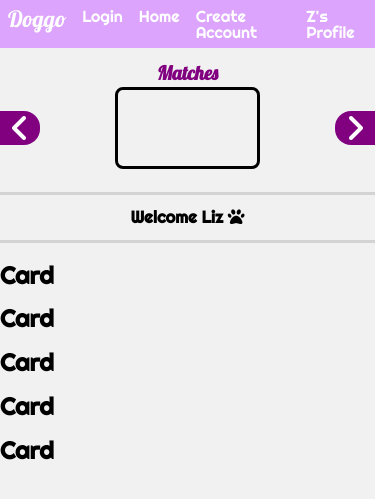
Repository: rh1456/capstone
Page: /1
These files come from the project's save history. The page is drawn as it stood at one moment and after the next save; the edit follows.
The browser window is 375 px wide. The pictures show the whole page.
Some web libraries are served in a nearby version. The project was rebuilt for these pictures with package versions that can differ from the ones it lists, and the page was loaded fresh each time. Also part of the build but not shown: src/pages/DoggoLandingPage.jsx, src/pages/CreateAccout.jsx, src/pages/DogProfile.jsx.

Above is the page before, as saved 2019-12-19 14:09:34.

### public/index.html
<!DOCTYPE html>
<html lang="en">
  <head>
    <meta charset="utf-8" />
    <link rel="shortcut icon" href="%PUBLIC_URL%/favicon.ico" />
    <meta
      name="viewport"
      content="width=device-width, initial-scale=1, shrink-to-fit=no"
    />
    <meta name="theme-color" content="#000000" />
    <!--
      manifest.json provides metadata used when your web app is added to the
      homescreen on Android. See https://developers.google.com/web/fundamentals/web-app-manifest/
    -->
    <link rel="manifest" href="%PUBLIC_URL%/manifest.json" />
    <!--
      Notice the use of %PUBLIC_URL% in the tags above.
      It will be replaced with the URL of the `public` folder during the build.
      Only files inside the `public` folder can be referenced from the HTML.

      Unlike "/favicon.ico" or "favicon.ico", "%PUBLIC_URL%/favicon.ico" will
      work correctly both with client-side routing and a non-root public URL.
      Learn how to configure a non-root public URL by running `npm run build`.
    -->
    <link
      href="https://fonts.googleapis.com/css?family=Pacifico|Permanent+Marker|Righteous|Roboto&display=swap"
      rel="stylesheet"
    />
    <link
      href="https://fonts.googleapis.com/css?family=Lobster&display=swap"
      rel="stylesheet"
    />
    <script
      src="https://kit.fontawesome.com/d7373701d1.js"
      crossorigin="anonymous"
    ></script>
    <title>Capstone</title>
  </head>
  <body>
    <noscript>
      You need to enable JavaScript to run this app.
    </noscript>
    <div id="root"></div>
    <!--
      This HTML file is a template.
      If you open it directly in the browser, you will see an empty page.

      You can add webfonts, meta tags, or analytics to this file.
      The build step will place the bundled scripts into the <body> tag.

      To begin the development, run `npm start` or `yarn start`.
      To create a production bundle, use `npm run build` or `yarn build`.
    -->
  </body>
</html>

### src/index.css
@media (min-width: 320px) and (max-width: 480px) {
  :root {
    font: 16px / 1 sans-serif;
  }

  html {
    height: 100%;
  }
  body {
    margin: 0;
    min-height: 100%;
    background-color: #f1f1f1;
    font-family: 'Righteous', cursive;
  }
  .nav-bar-ul {
    display: flex;
    flex-direction: row;
    justify-content: space-between;
    margin: 0;
    height: 3rem;
    background-color: #dca4fc;
    padding: 0;
  }
  nav li {
    list-style: none;
    padding: 0.5rem;
    color: white;
  }
  .nav-logo {
    font-size: 1.4rem;
    font-family: 'Lobster', cursive;
  }
  .Nav-link {
    color: white;
    text-decoration: none;
  }
  /* Dog profile Stylings */
  .dog-profile-image {
    display: flex;
    justify-content: center;
    /* border-bottom: solid lightgrey; */
  }
  .before-div {
    border: solid black;
    display: block;
    height: 18px;
    border-radius: 50% 50% 0 0;

    bottom: calc(100% - 10px);
    right: -5px;
    left: -5px;
    background-color: blue;
  }
  .profile-image {
    height: 12rem;
    width: 8rem;
    margin: 0;
    border-radius: 8px;
    margin: 0.7rem;
  }
  .profile-about {
    display: flex;
    flex-direction: column;
    height: 5rem;
    font-size: 0.7rem;
  }
  .profile-about h1 {
    align-self: center;
  }
  .profile-about span {
    align-self: center;
    padding: 0.1rem;
  }
  .in-between {
    border-top: solid lightgrey;
    border-bottom: solid lightgrey;
    height: 3rem;
    display: flex;
    justify-content: center;
  }
  .main-about {
    border-bottom: solid lightgrey;
  }
  .profile-logo {
    margin: 0.5rem;
    height: 2rem;
    width: auto;
  }
  .meet {
    display: flex;
    flex-direction: column;
  }
  .meet h1 {
    align-self: center;
  }
  .meet p {
    padding: 1rem;
    font-size: 0.9rem;
    align-self: center;
  }
  .small-pro-pic {
    align-self: center;
    height: 4rem;
    width: auto;
    border: 2px solid black;
    border-radius: 50%;
    margin-top: 0.8rem;
  }
  .match-button {
    align-self: center;
    background-color: purple;
    height: 1.8rem;
    width: 8rem;
    border-radius: 25px;
    border: 3px solid black;
    color: white;
  }

  /* Dog Landing Stylings */
  .doggo-landing-body {
    margin: 0;
    min-height: 100%;
    background-color: #f1f1f1;
    font-family: 'Righteous', cursive;
  }
  .landing-page-logo {
    display: flex;
    justify-content: center;
    align-content: center;
    flex-direction: column;
  }
  .doggo-logo {
    height: 180px;
    width: 238px;
    align-self: center;
  }
  .doggo-text-section {
    padding-top: 2rem;
    padding-bottom: 2rem;
  }
  .doggo-text {
    display: flex;
    justify-content: center;
    align-content: center;
    font-size: 2rem;
  }

  .landing-button {
    display: flex;
    justify-content: center;
    align-content: center;
  }
  .create-account {
    background-color: purple;
    height: 3rem;
    width: 15rem;
    border-radius: 25px;
    border: 3px solid black;
    color: white;
    font-family: 'Roboto', sans-serif;
  }
  .existing-users {
    display: flex;
    padding-top: 3rem;
    justify-content: center;
    align-content: center;
  }
  /* Create Account Stylings */
  .create-account-div {
    display: flex;
    flex-direction: column;
    font-size: 2rem;
  }
  .submit-account {
    margin-top: 1rem;
    align-self: center;
    background-color: purple;
    height: 1.8rem;
    width: 8rem;
    border-radius: 25px;
    border: 3px solid black;
    color: white;
  }

  /* Newsfeed Stylings */
  .h1-container {
    display: flex;
    justify-content: center;
    font-size: 0.8rem;
    color: purple;
    height: 1rem;
    font-family: 'Lobster', cursive;
  }
  .newsfeed-header {
    display: flex;
    flex-direction: row;
    justify-content: space-between;
    align-items: center;
    border-bottom: solid lightgrey;
    height: 8rem;
  }
  .friend-card {
    border: solid black;
    align-self: center;
    margin: 1rem 3rem;
    padding-left: 0.8rem;
    padding-right: 0.8rem;
    border-radius: 0.5rem;
    flex-basis: 30%;
    height: 4.7rem;
    /* width: 1rem; */
  }
  .feed-head-left-button,
  .feed-head-right-button {
    display: flex;
    justify-content: center;
    align-content: center;
    color: white;
    font-size: 2rem;
    width: 2.5rem;
    margin: 4rem 0rem;
    background-color: purple;
    border: none;
  }
  .feed-head-left-button {
    border-radius: 0rem 1rem 1rem 0rem;
  }
  .feed-head-right-button {
    border-radius: 1rem 0rem 0rem 1rem;
  }
  .welcome-user-message {
    display: flex;
    justify-content: center;
    font-size: 0.7rem;
    border-bottom: solid lightgrey;
  }
}

### src/App.jsx
import React from 'react'
import { BrowserRouter as Router, Link, Route, Switch } from 'react-router-dom'
import MainPage from './pages/MainPage'
import DoggoLandingPage from './pages/DoggoLandingPage'
import CreateAccount from './pages/CreateAccout'
import DogProfile from './pages/DogProfile'

const App = () => {
  return (
    <Router>
      <header>
        <nav>
          <ul className="nav-bar-ul">
            <li className="nav-logo">Doggo</li>
            <li>
              <Link className="Nav-link" to="/">
                Login
              </Link>
            </li>
            <li>
              <Link className="Nav-link" to="/1">
                Home
              </Link>
            </li>
            <li>
              <Link className="Nav-link" to="/2">
                Create Account
              </Link>
            </li>
            <li>
              <Link className="Nav-link" to="/3">
                Z's Profile
              </Link>
            </li>
          </ul>
        </nav>
      </header>
      <Switch>
        <Route exact path="/" component={DoggoLandingPage}></Route>
        <Route exact path="/1" component={MainPage}></Route>
        <Route exact path="/2" component={CreateAccount}></Route>
        <Route path="/3" component={DogProfile}></Route>
      </Switch>
    </Router>
  )
}

export default App

### src/pages/MainPage.jsx
import React from 'react'

const MainPage = () => {
  return (
    <div className="news-feed-body">
      <section className="h1-container">
        <h1 className="matches-h1">Matches</h1>
      </section>
      <header className="newsfeed-header">
        <button className="feed-head-left-button">
          <i class="fas fa-angle-left"></i>
        </button>
        <div className="friend-card"></div>
        <button className="feed-head-right-button">
          <i class="fas fa-angle-right"></i>
        </button>
      </header>
      <section className="welcome-user-message">
        <h1 className="welcome-h1">
          Welcome <span>Liz</span>{' '}
          <span>
            <i class="fas fa-paw"></i>
          </span>
        </h1>
      </section>
      <section className="newsfeed">
        <div class="card">
          <h2>Card</h2>
        </div>
        <div class="card">
          <h2>Card</h2>
        </div>
        <div class="card">
          <h2>Card</h2>
        </div>
        <div class="card">
          <h2>Card</h2>
        </div>
        <div class="card">
          <h2>Card</h2>
        </div>
      </section>
    </div>
  )
}

export default MainPage

Loaded but not shown: src/index.js (common file)

After the next save:
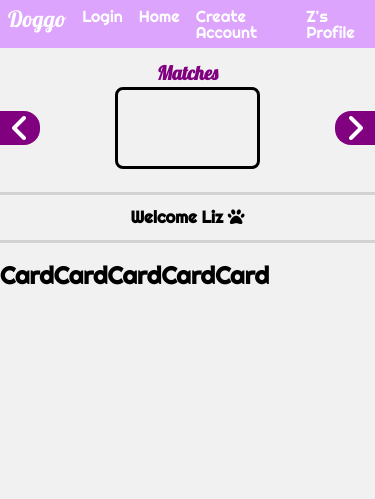
Saved 4 min 31 s later.
--- a/src/index.css
+++ b/src/index.css
@@ -234,4 +234,12 @@
     font-size: 0.7rem;
     border-bottom: solid lightgrey;
   }
+  .newsfeed {
+    overflow-x: scroll;
+    overflow-y: hidden;
+    white-space: nowrap;
+  }
+  .card {
+    display: inline-block;
+  }
 }
